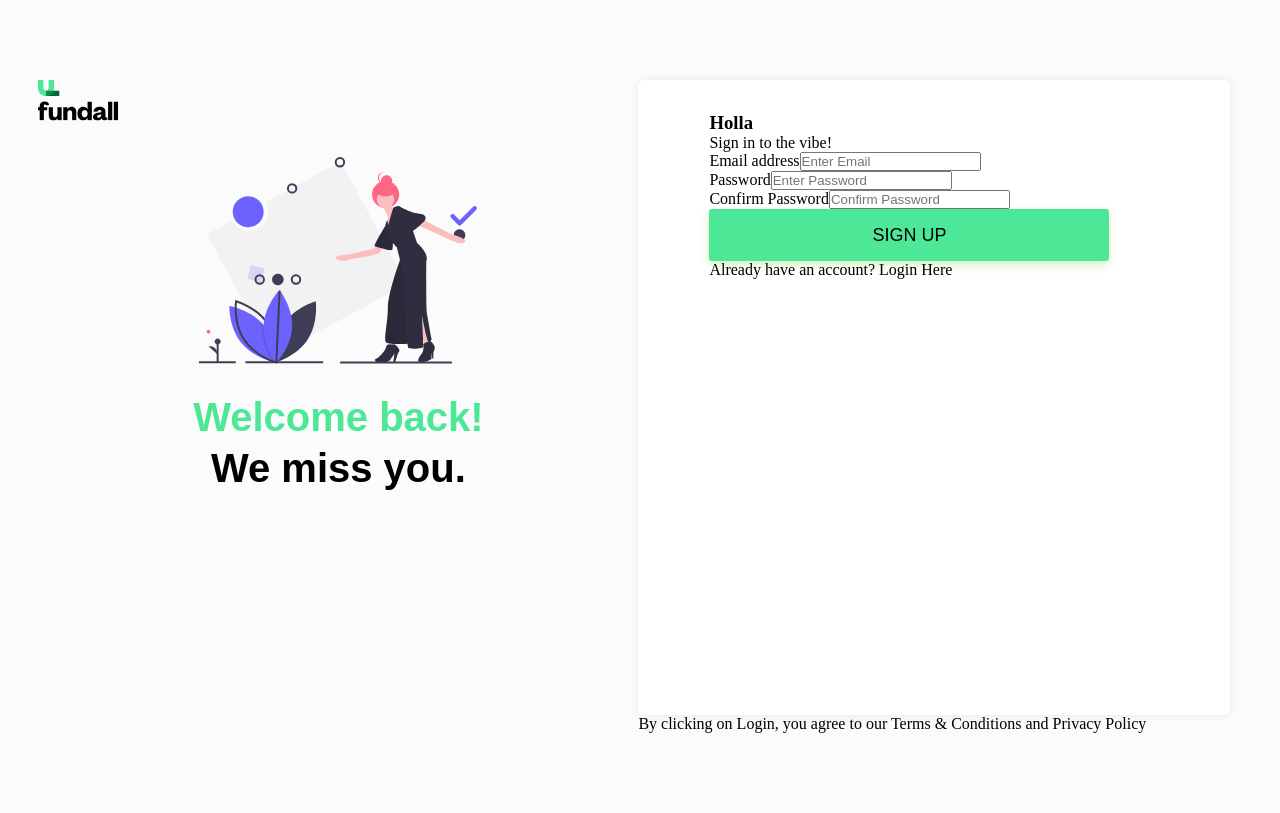
Repository: nilesjamex/niffty
Page: /login
The author's editor kept a copy of each file at every save. The page is drawn from the files as they stood at one save, then again after the next save.
The browser window is 1280 px wide. The pictures show the whole page.
The project was rebuilt for these pictures with package versions that can differ from the ones it lists, and the page was loaded fresh each time. Also part of the build but not shown: src/components/Nav.vue, src/views/Home.vue, src/views/SignUp.vue.

Above is the page before, as saved 2022-04-17 07:34:12.

### src/main.js
import { createApp } from 'vue'
import App from './App.vue'
import router from './router'
import '@/styles/global.scss'

createApp(App).use(router).mount('#app')

### src/App.vue
<template>

  <router-view/>
</template>
<script>
// @ is an alias to /src

export default {
  components: {
  }
}
</script>
<style lang="scss">


#nav {
  padding: 30px;

  a {
    font-weight: bold;
    color: #2c3e50;

    &.router-link-exact-active {
      color: #42b983;
    }
  }
}
</style>

### src/router/index.js
import { createRouter, createWebHistory } from 'vue-router'
import Home from '../views/Home.vue';
import SignUp from '../views/SignUp.vue';
import Login from '../views/Login.vue';

const routes = [
  {
    path: '/',
    name: 'Home',
    component: Home
  },
  {
    path: '/signup',
    name: 'signup',
    component: SignUp
  },
  {
    path: '/login',
    name: 'login',
    component: Login
  }
]

const router = createRouter({
  history: createWebHistory(process.env.BASE_URL),
  routes
})

export default router

### src/styles/global.scss
@import './variables';
@import './mixins.scss';
@import './_typography.scss';
* {
    margin: 0;
    padding: 0;
    box-sizing: border-box;
    max-width: 100vw;
}
@font-face {
    font-family: "CircularStd";
    src: local(CircularStd) url(../fonts/circular-std-medium-500.ttf) format(opentype);
}
input {
    outline: none;
}
button {
    border: none;
    outline: none;
}
a {
    color: inherit;
    text-decoration: none;
}
li {
    list-style: none;
}
.button--signup {
    width: 98.01px;
    height: 42px;
    background: $access-bg;
    border-radius: 10px;
    @include flex(center, center);
    @include access {

    }
}
.button--submit {
    width: 400px;
    height: 52px;
    background: #4DE897;
    box-shadow: 0px 4px 10px rgba(118, 212, 45, 0.3);
    border-radius: 3px;
    @include flex(center, center);
    @include access;
}

### src/views/Login.vue
<template>
  <section class="signup">
      <div class="signup--box">
          <div class="signup--intro">
              <div class="signup--intro--logo">
                  <img src="@/assets/logo.svg" alt="">
              </div>
              <div class="signup--intro--content">
                  <div class="signup--intro--content--img">
                      <img src="@/assets/welcome.svg" alt="">
                  </div>
                  <div class="signup--intro--content--text">
                      <h2>
                          <span>Welcome back!</span> <br/> We miss you.
                      </h2>
                  </div>
              </div>
          </div>
          <!-- form -->
          <div class="signup--form">
              <form action="">
                  <div class="signup--form--container">
                      <div class="signup--form--name--box">
                          <h3>
                              Holla
                          </h3>
                          <p>
                              Sign in to the vibe!
                          </p>
                      </div>
                      <div class="signup--form--input">
                          <label>Email address</label>
                          <input type="email" name="" placeholder="Enter Email" id="">
                      </div>
                      <div class="signup--form--input">
                          <label>Password</label>
                          <input type="password" name="" placeholder="Enter Password" id="">
                      </div>
                      <div class="signup--form--input">
                          <label>Confirm Password</label>
                          <input type="password" name="" placeholder="Confirm Password" id="">
                      </div>
                      <button class="button--submit">
                          SIGN UP
                      </button>
                      <div class="signup--form--login">
                          <p>
                              Already have an account? <span>Login Here</span>
                          </p>
                      </div>
                  </div>
              </form>
               <div class="signup--form--terms">
              <p>
                  By clicking on Login, you agree to our <span>Terms & Conditions and Privacy Policy</span>
              </p>
          </div>
          </div>
      </div>
  </section>
</template>

<script>
export default {

}
</script>

<style scoped lang="scss">
@import '@/styles/mixins.scss';
@import '@/styles/_variables.scss';
@import '@/styles/_typography.scss';
.signup {
    padding: 5rem 7% 5rem 3%;
    background: #FCFBFC;
}
.signup--box {
    @include flex(space-between,);
}
.signup--intro--content {
    width: 600px;
    margin-top: 2rem;
}
.signup--intro--content {
    text-align: center;
}
.signup--intro--content--text {
    text-align: center;
    h2 {
        width: 369px;
        margin: 1.5rem auto 0 auto;
        @include heading1 {
        }
        span {
             @include heading1 {
            color: $access-bg;
        }
        }
    }
}
form {
    background: #FFFFFF;
    box-shadow: 0px 0px 10px rgba(0, 0, 0, 0.082937);
    border-radius: 6px;
    width: 592px;
    height: 635px;
    padding: 2rem 1rem;
}
.signup--form--container {
    margin: 0 auto;
    width: 450px;
}
</style>

### src/styles/_variables.scss
// colors
$access-bg: #4CE895;

### src/styles/mixins.scss
@mixin flex($justify: flex-start, $align: flex-start) {
    display: flex;
    justify-content: $justify;
    align-items: $align;
}

### src/styles/_typography.scss
@mixin access {
    font-family: 'CircularStd', sans-serif;
    font-size: 1.125rem;
    line-height: 23px;
    color: #000000;
    @content;
}
@mixin heading1 {
    font-family: 'CircularStd', sans-serif;
    font-size: 2.5rem;
    line-height: 51px;
    color: #000000;
    @content;
}
@mixin heading2 {
    font-family: 'CircularStd', sans-serif;
    font-size: 1.5rem;
    line-height: 30px;
    color: #000000;
    @content;
}
@mixin caption {
    font-family: 'CircularStd', sans-serif;
    font-size: 1.3rem;
    line-height: 27px;
    color: #000000;
    @content;
}
@mixin input {
    font-family: 'CircularStd', sans-serif;
    font-style: normal;
    font-size: 18px;
    line-height: 23px;
    color: #30443C;
    @content;
}
@mixin placeholder {
    font-family: 'Nunito Sans';
    font-style: normal;
    font-weight: 400;
    font-size: 18px;
    line-height: 25px;
    color: #30443C;
    mix-blend-mode: normal;
    opacity: 0.5;
    @content;
}
@mixin login {
    font-family: 'Nunito Sans';
    font-style: normal;
    font-weight: 400;
    font-size: 16px;
    line-height: 22px;
    color: #1B2420;
    @content;
}

Loaded but not shown: public/index.html (common file)

After the next save:
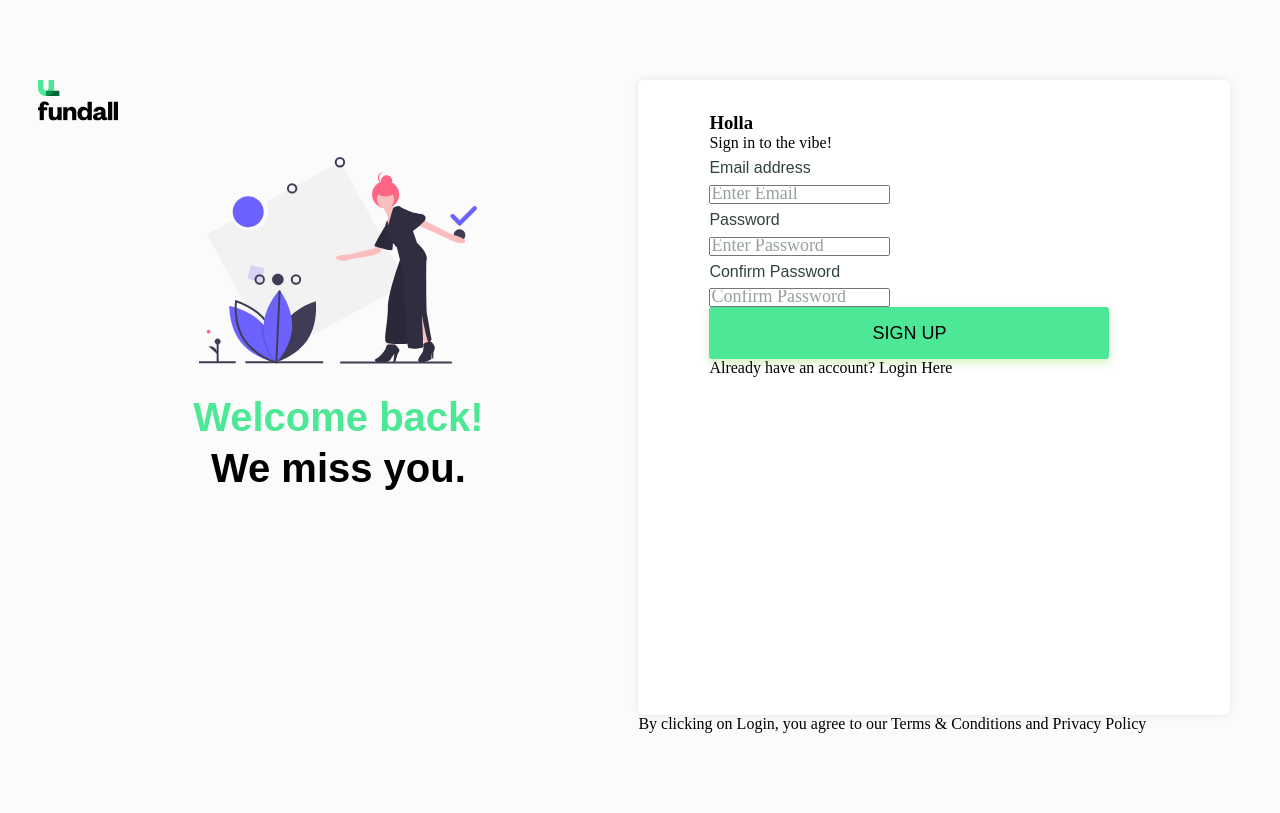
Saved 33 s later.
--- a/src/views/Login.vue
+++ b/src/views/Login.vue
@@ -110,4 +110,16 @@ form {
     margin: 0 auto;
     width: 450px;
 }
+label {
+    display: block;
+    margin: 0.4rem 0;
+    @include input {
+        font-size: 16px;
+        line-height: 20px;
+        color: #30443C;
+    }
+}
+::placeholder {
+    @include placeholder;
+}
 </style>
